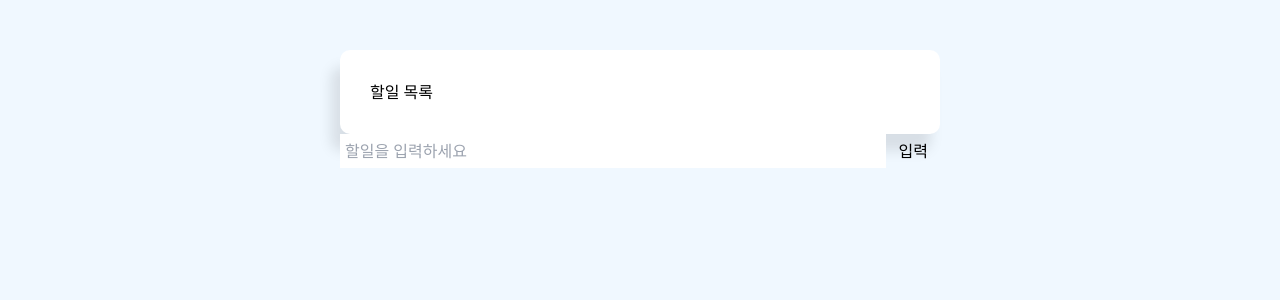
Repository: siwon9898/react-learn
Page: /
These files come from the project's save history. The page is drawn as it stood at one moment and after the next save; the edit follows.
The browser window is 1280 px wide. The pictures show the whole page.
The project was rebuilt for these pictures with package versions that can differ from the ones it lists, and the page was loaded fresh each time.

Above is the page before, as saved 2023-03-30 11:22:51.

After the next save:
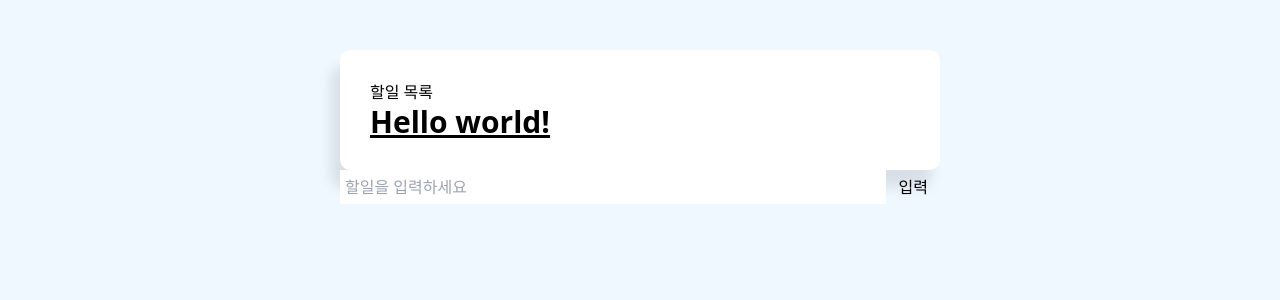
Saved 42 s later.
--- a/src/App.js
+++ b/src/App.js
@@ -126,6 +126,7 @@ export default function App() {
       <div className="todoBlock">
         <div className="title">
           <h1>할일 목록</h1>
+          <h1 class="text-3xl font-bold underline">Hello world!</h1>
         </div>
         {/* tododata state는여러개의 컴포넌트에서 쓰기때문에 state자체를 옮기기보다는 props로 내려주는것이 적합 */}
         <List TodoData={TodoData} setTodoData={setTodoData} />
